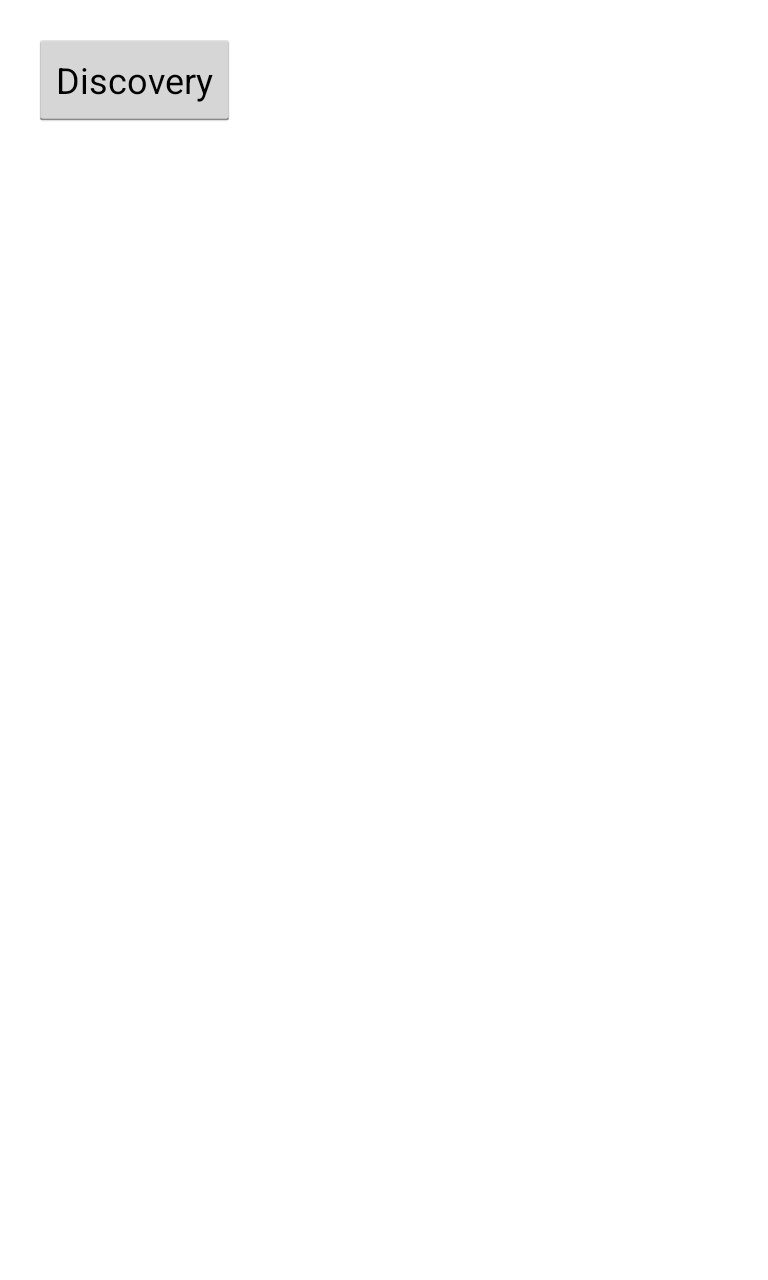
Repository: corestick/Beemote-Controler
Layout: Beemote-Controller/res/layout/activity_tvlist.xml
These files come from the project's save history. The layout is drawn as it stood at one moment and after the next save; the edit follows.
It is drawn on a 768 x 1280 px phone screen (xhdpi) without system bars, with theme AppTheme; the app's code is not run. Lists and similar views that code fills are empty.

Above is the layout before, as saved 2013-08-26 09:14:48.

### Beemote-Controller/res/layout/activity_tvlist.xml
<RelativeLayout xmlns:android="http://schemas.android.com/apk/res/android"
    xmlns:tools="http://schemas.android.com/tools"
    android:layout_width="match_parent"
    android:layout_height="match_parent"
    android:paddingBottom="@dimen/activity_vertical_margin"
    android:paddingLeft="@dimen/activity_horizontal_margin"
    android:paddingRight="@dimen/activity_horizontal_margin"
    android:paddingTop="@dimen/activity_vertical_margin"
    tools:context=".TVList" >

    <Button
        android:id="@+id/btnSearch"
        android:layout_width="wrap_content"
        android:layout_height="wrap_content"
        android:layout_alignParentLeft="true"
        android:layout_alignParentTop="true"
        android:text="Discovery" />

    <ListView
        android:id="@+id/tvlist"
        android:layout_width="fill_parent"
        android:layout_height="wrap_content"
        android:layout_alignParentLeft="true"
        android:layout_below="@+id/discovery" >
    </ListView>

</RelativeLayout>

Loaded but not shown: Beemote-Controller/res/values/styles.xml (common file); Beemote-Controller/res/values-v11/styles.xml (common file); Beemote-Controller/res/values-v14/styles.xml (common file); Beemote-Controller/res/values/dimens.xml (common file)

After the next save:
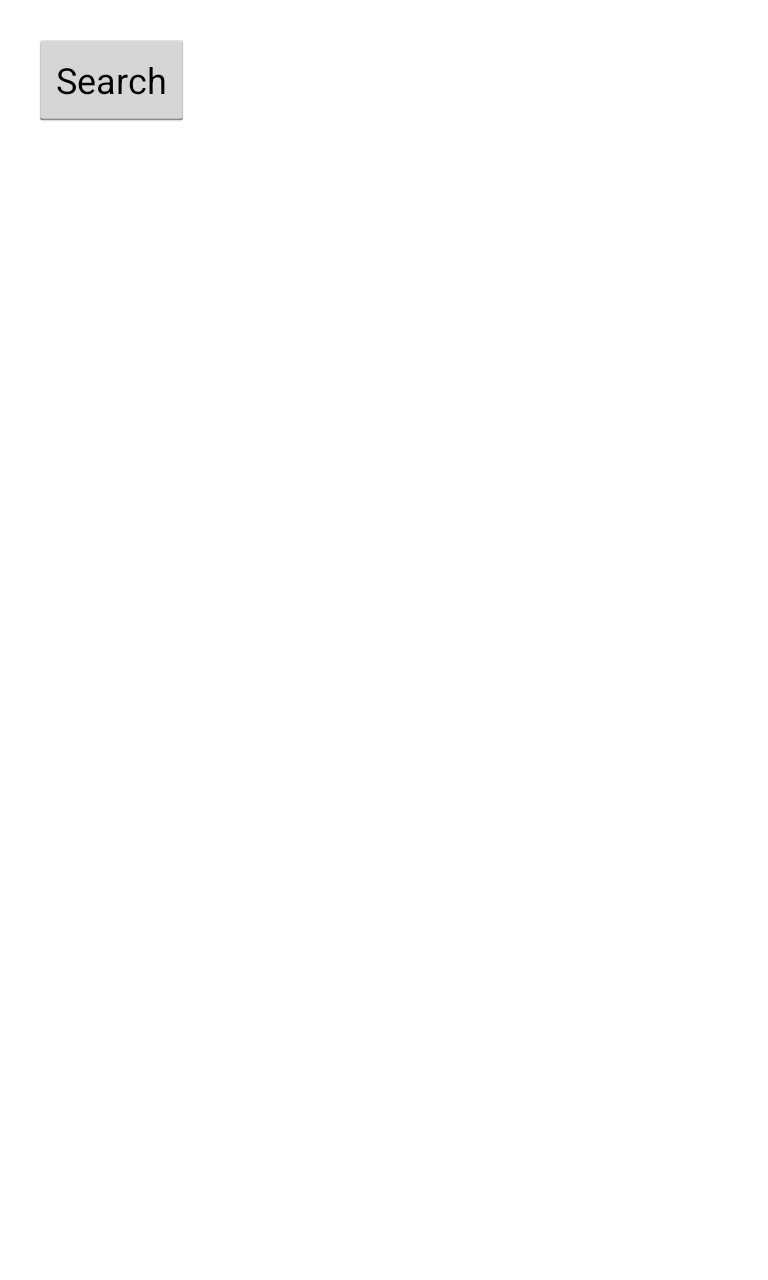
Saved 5 s later.
--- a/Beemote-Controller/res/layout/activity_tvlist.xml
+++ b/Beemote-Controller/res/layout/activity_tvlist.xml
@@ -14,7 +14,7 @@
         android:layout_height="wrap_content"
         android:layout_alignParentLeft="true"
         android:layout_alignParentTop="true"
-        android:text="Discovery" />
+        android:text="Search" />
 
     <ListView
         android:id="@+id/tvlist"
